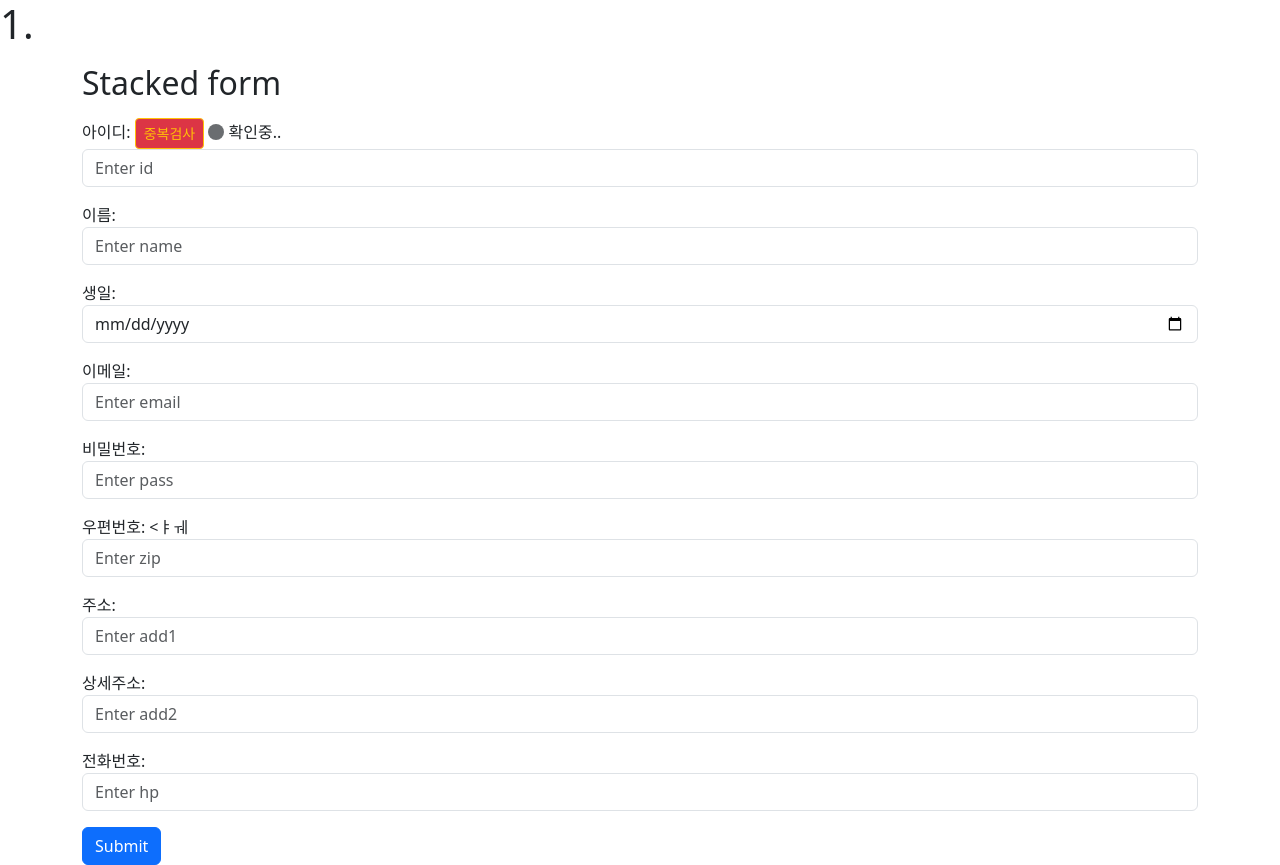
Repository: prawniel99/05_JQuery
Page: workspace/jqpro/WebContent/비동기6_ajax/join.html
An editor plug-in stored every save of this project. The page is shown before and after the next save, followed by the edit.
The browser window is 1280 px wide. The pictures show the whole page.

Above is the page before, as saved 2024-08-29 03:28:25.

### workspace/jqpro/WebContent/비동기6_ajax/join.html
<!DOCTYPE html>
<html lang="kr">
<head>
    <meta charset="UTF-8">
    <meta name="viewport" content="width=device-width, initial-scale=1.0">
    <title>Document</title>

    <!-- <link rel="stylesheet" href="../css/public.css"> -->
    <script src="../js/jquery-3.7.1.js"></script>

    <!-- bootstrap -->
    <meta name="viewport" content="width=device-width, initial-scale=1">
	<link href="https://cdn.jsdelivr.net/npm/bootstrap@5.3.3/dist/css/bootstrap.min.css" rel="stylesheet">
	<script src="https://cdn.jsdelivr.net/npm/bootstrap@5.3.3/dist/js/bootstrap.bundle.min.js"></script>


	<style>

	</style>

	<script>

	</script>

</head>

<body>

    <div class="box">
        <h1>
			1.
        </h1>

		<div class="container mt-3">
			<h2>Stacked form</h2>
			<form>
				<div class="mb-3 mt-3">
					<label for="id">아이디:</label> <input type="button" value="중복검사" id="idcheck"  class="btn btn-outline-warning btn-sm btn-danger">
					<span class="spinner-grow spinner-grow-sm"></span> 확인중..
					<input type="text" class="form-control" id="id" placeholder="Enter id" name="mem_id"> <!-- name은 db와 일치시킨 VO와 일치시켜야 한다 -->
				</div>

				<div class="mb-3 mt-3">
					<label for="name">이름:</label>
					<input type="text" class="form-control" id="name" placeholder="Enter name" name="mem_name"> <!-- name은 db와 일치시킨 VO와 일치시켜야 한다 -->
				</div>

				<div class="mb-3 mt-3">
					<label for="bir">생일:</label>
					<input type="date" class="form-control" id="bir" placeholder="Enter bir" name="mem_bir"> <!-- name은 db와 일치시킨 VO와 일치시켜야 한다 -->
				</div>

				<div class="mb-3 mt-3">
					<label for="email">이메일:</label>
					<input type="email" class="form-control" id="email" placeholder="Enter email" name="mem_mail"> <!-- name은 db와 일치시킨 VO와 일치시켜야 한다 -->
				</div>

				<div class="mb-3">
					<label for="pass">비밀번호:</label>
					<input type="password" class="form-control" id="pass" placeholder="Enter pass" name="pass">
				</div>

				<div class="mb-3 mt-3">
					<label for="zip">우편번호:</label>
					<ㅑㅞ
					<input type="text" class="form-control" id="zip" placeholder="Enter zip" name="mem_zip"> <!-- name은 db와 일치시킨 VO와 일치시켜야 한다 -->
				</div>

				<div class="mb-3 mt-3">
					<label for="add1">주소:</label>
					<input type="text" class="form-control" id="add1" placeholder="Enter add1" name="mem_add1"> <!-- name은 db와 일치시킨 VO와 일치시켜야 한다 -->
				</div>

				<div class="mb-3 mt-3">
					<label for="add2">상세주소:</label>
					<input type="text" class="form-control" id="add2" placeholder="Enter add2" name="mem_add2"> <!-- name은 db와 일치시킨 VO와 일치시켜야 한다 -->
				</div>

				<div class="mb-3 mt-3">
					<label for="hp">전화번호:</label>
					<input type="text" class="form-control" id="hp" placeholder="Enter hp" name="mem_hp"> <!-- name은 db와 일치시킨 VO와 일치시켜야 한다 -->
				</div>

				<button type="button" class="btn btn-primary">Submit</button>
			</form>
		</div>

	</div>

</body>
</html>

Loaded but not shown: workspace/jqpro/WebContent/js/jquery-3.7.1.js (library)

After the next save:
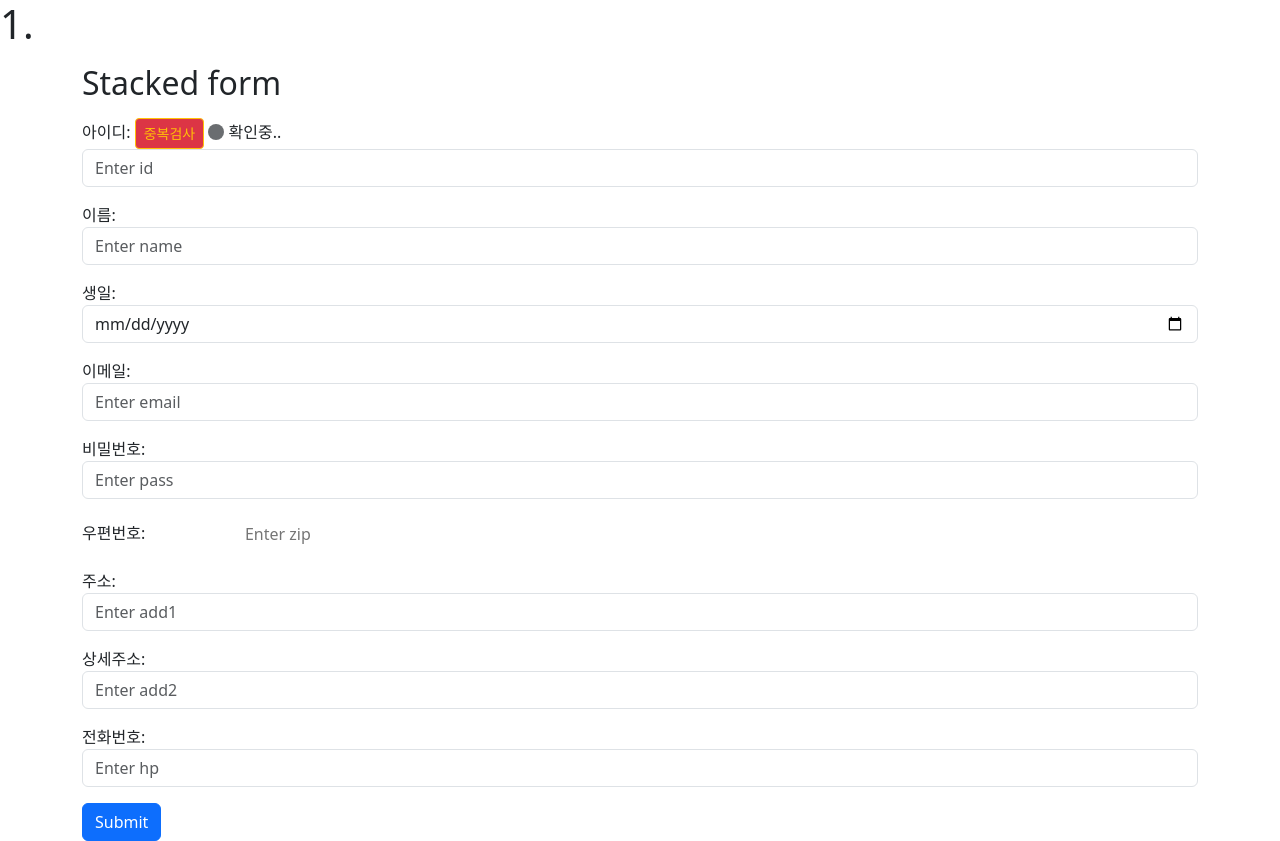
Saved 5 s later.
--- a/workspace/jqpro/WebContent/비동기6_ajax/join.html
+++ b/workspace/jqpro/WebContent/비동기6_ajax/join.html
@@ -62,7 +62,7 @@
 
 				<div class="mb-3 mt-3">
 					<label for="zip">우편번호:</label>
-					<ㅑㅞ
+					<input class="btn"
 					<input type="text" class="form-control" id="zip" placeholder="Enter zip" name="mem_zip"> <!-- name은 db와 일치시킨 VO와 일치시켜야 한다 -->
 				</div>
 
